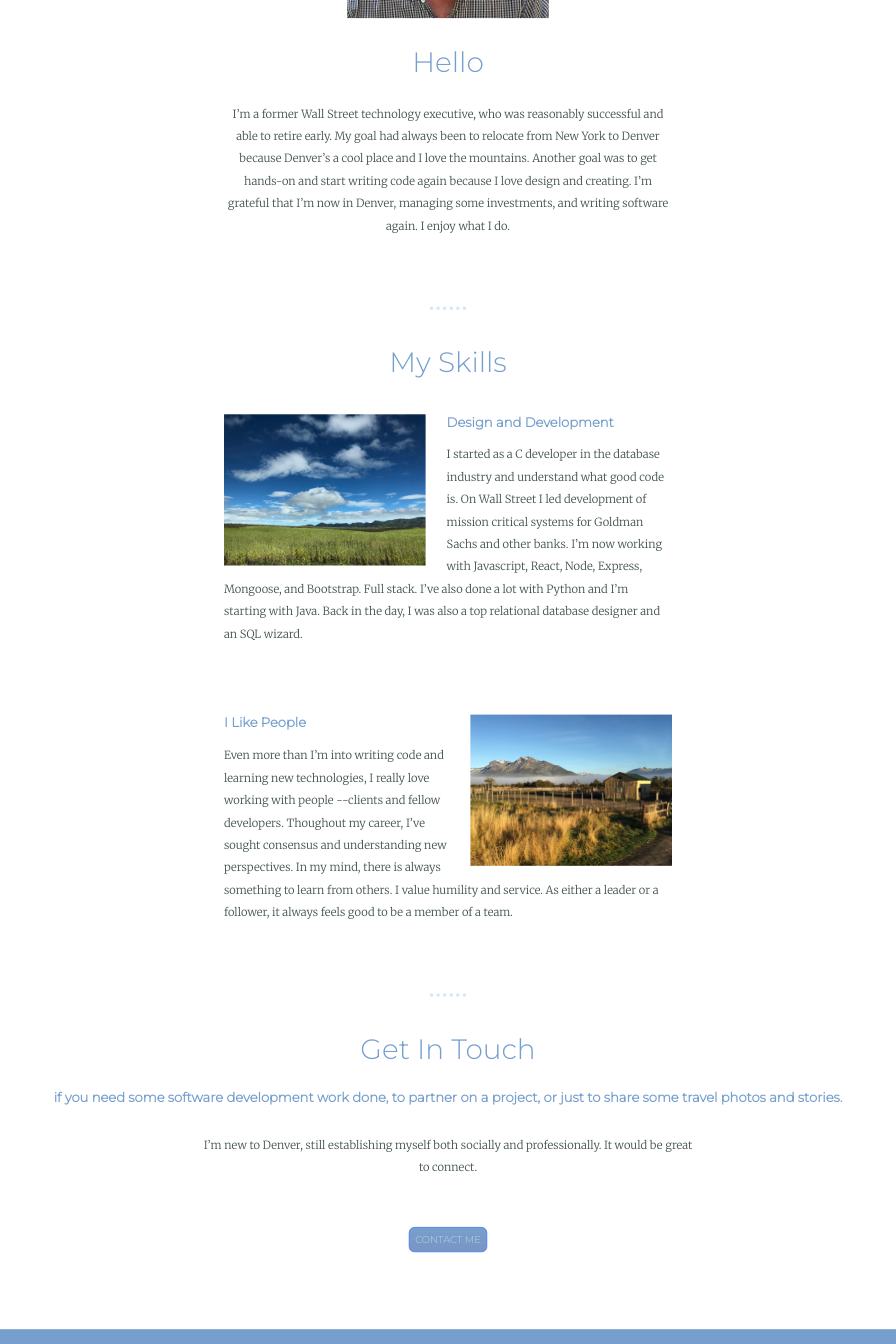
Repository: EpiTao-LLC/Personal_web_page
Page: index.html
An editor plug-in stored every save of this project. The page is shown before and after the next save, followed by the edit.
The browser window is 1280 px wide. The pictures show the part of the page from y = 1567 to 3487 px (the page is 3689 px tall before and 3680 px after), at 70% of full size.

Above is the page before, as saved 2020-08-30 17:39:01.

After the next save:
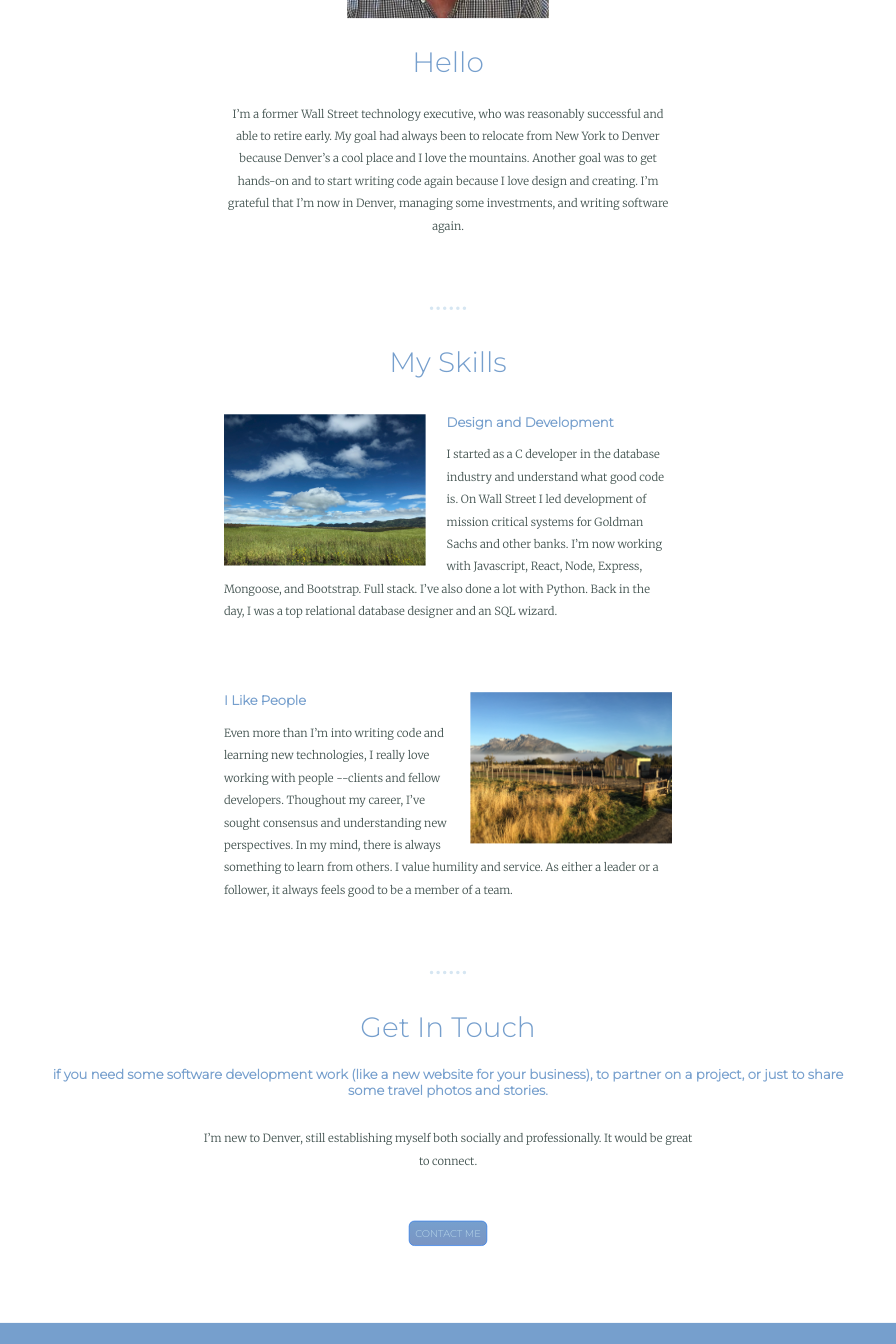
Saved 41 days later.
--- a/index.html
+++ b/index.html
@@ -29,8 +29,8 @@
           <p>
             I’m a former Wall Street technology executive, who was reasonably successful and able to retire early.  My
             goal had always been to relocate from New York to Denver because Denver’s a cool place and I love the mountains.
-            Another goal was to get hands-on and start writing code again because I love design and creating.   I’m grateful
-            that I’m now in Denver, managing some investments, and writing software again.  I enjoy what I do.
+            Another goal was to get hands-on and to start writing code again because I love design and creating.   I’m grateful
+            that I’m now in Denver, managing some investments, and writing software again.
             </p>
         </div>
         <hr>
@@ -42,7 +42,7 @@
             <h3 class="for-mobile">Design and Development</h3>
             <p> I started as a C developer in the database industry and understand what good code is.  On Wall Street I led development
               of mission critical systems for Goldman Sachs and other banks.  I’m now working with Javascript, React, Node, Express,
-              Mongoose, and Bootstrap.  Full stack. I’ve also done a lot with Python and I’m starting with Java.  Back in the day, I was also a top relational
+              Mongoose, and Bootstrap.  Full stack. I’ve also done a lot with Python.  Back in the day, I was a top relational
               database designer and an SQL wizard.
             </p>
              </div>
@@ -60,7 +60,8 @@
         <hr>
         <div class="contact-me">
           <h2>Get In Touch</h2>
-          <h3>if you need some software development work done, to partner on a project, or just to share some travel photos and stories.</h3>
+          <h3>if you need some software development work (like a new website for your business),
+             to partner on a project, or just to share some travel photos and stories.</h3>
           <p class="contact-message">I’m new to Denver, still establishing myself both socially and professionally.
             It would be great to connect.</p>
           <a class="btn" href="mailto:chris@epitao.com">CONTACT ME</a>
@@ -69,7 +70,7 @@
       <div class="bottom-container">
         <a class="footer-link" href="https://www.linkedin.com/in/christopheralarson//">LinkedIn</a>
         <a class="footer-link" href="https://www.facebook.com/chris.larson">Facebook</a>
-        <a class="footer-link" href="https://github.com/clarson10024//">Portfolio</a>
+        <a class="footer-link" href="/pages/portfolio.html">Portfolio</a>
         <a class="footer-link" href="https://github.com/clarson10024//">GitHub</a>
         <p class="copyright"> copyright © 2020 Chris Larson <br><br>
         <img class="logo-img" src="images/EpiTao_logo.jpg" alt="EpiTao logo">
